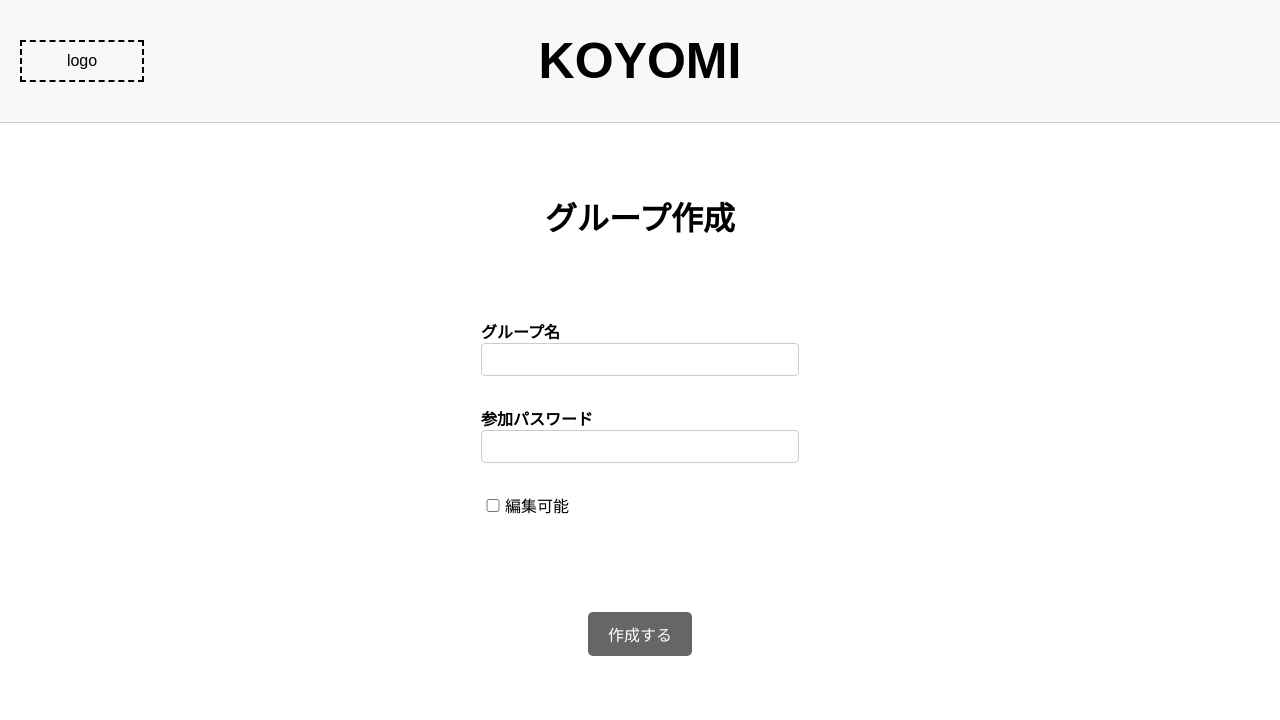
Repository: teramu0602/koyomi
Page: http://localhost/groups
These files come from the project's save history. The page is drawn as it stood at one moment and after the next save; the edit follows.
The browser window is 1280 px wide. The pictures show the whole page.
Some web fonts or font styles are not loaded; a fallback is used. The page is served by the project's Laravel application, run on PHP 8.4 with Laravel 9. Other server files are loaded and not shown.

Above is the page before, as saved 2025-03-23 15:19:04.

### routes/web.php
<?php

use Illuminate\Support\Facades\Route;
use App\Http\Controllers\CalendarController;
use App\Http\Controllers\PostController;
use App\Http\Controllers\Auth\LoginController;
use App\Http\Controllers\Auth\RegisterController;
use Illuminate\Support\Facades\Auth;
use App\Http\Controllers\CreateGroupController;
use App\Http\Controllers\JoinController;
use App\Http\Controllers\GroupController;
/*
|--------------------------------------------------------------------------
| Web Routes
|--------------------------------------------------------------------------
|
| Here is where you can register web routes for your application. These
| routes are loaded by the RouteServiceProvider within a group which
| contains the "web" middleware group. Now create something great!
|
*/

Route::get('/', function () {
    return view('welcome');
});

Route::get('/admin', function () {
    return view('layouts/admin_calender');
});

Route::get('/admin/home', function () {
    return view('calender/home');
});

Route::post('/register', [RegisterController::class, 'register'])->name('register');


//ログイン状態を見て、用意したログインページへいく
Route::post('/custom-login', [LoginController::class, 'login'])->name('custom.login.submit');
Route::get('/custom-login', function () {
    return view('admin/login');
})->name('custom.login');

Route::get('/signup', function () {
    return view('admin/signup');
});

//Route::get('/home', [App\Http\Controllers\HomeController::class, 'index'])->name('home');

// Route::get('/home', function () {
//     return view('calender/home');
// })->name('home');

//ログイン成功で個人カレンダーへいく
Route::get('/calendar', function () {
    return view('calender/home');
})->name('calendar')->middleware('auth');

Route::get('/calendar/{year}/{month}', [CalendarController::class, 'show'])->name('calendar.show');
Route::get('/admin/home/{year}/{month}', [CalendarController::class, 'showAdmin'])->name('calendar.admin.show');
Route::get('/admin/home', [CalendarController::class, 'index']);



Route::get('/grouplist', [CreateGroupController::class, 'index'])->name('groups.list');
Route::delete('/groups/{group}/leave', [GroupController::class, 'leaveGroup'])->name('groups.leave');

Route::get('/create_group', function () {
    return view('admin/create_group');
});

//カレンダーグループ作成
Route::post('/groups', [CalendarController::class, 'store'])->name('groups.store');
Route::get('/groups', function () {
    return view('admin/create_group');
})->name('groupcreate');

Auth::routes();

//ドロップダウンのログアウトでログインへ行く
Route::post('/logout', function () {
    Auth::logout();
    return redirect()->route('custom.login');
})->name('logout');


//ジョイン画面　試し
Route::post('/join', [JoinController::class, 'store'])->name('join.store');
Route::get('/join', function () {
    return view('admin.join_group');
})->name('groupjoin');

Route::get('/groups/{group}/edit', [GroupController::class, 'edit'])->name('groups.edit');
Route::put('/groups/{group}', [GroupController::class, 'update'])->name('groups.update');
Route::delete('/groups/{group}/users/{user}', [GroupController::class, 'removeUser'])->name('groups.removeUser');



Route::get('/edit', function () {
    return view('admin.edit_group');
})->name('groupedit');


Route::get('/a', function () {
    return view('calender.calendar');
});

### resources/views/admin/create_group.blade.php
@extends('layouts.admin_calender')
@section('title', 'グループ作成')

@section('content')
<h1 class="h1">グループ作成</h1>
<div class="joinctn">
<form class="form" action="{{ route('groups.store') }}" method="POST">
    @csrf
    <div>
        <label for="group_name">グループ名</label>
        </br>
        <input type="text" id="group_name" name="group_name" required>
    </div>

    <div>
        <label for="join_id">参加パスワード</label>
        </br>
        <input type="number" id="join_id" name="join_id" required>
    </div>

    <div class="editckb">
        <input class = "check_box" type="checkbox" id="edit_flg" name="edit_flg" value="1">
        <label class="label_n" for="edit_flg">編集可能</label>
    </div>
    </div>
    <button type="submit">作成する</button>
</form>


@endsection

### resources/views/layouts/admin_calender.blade.php
<!DOCTYPE html>
<html lang="{{ app()->getLocale() }}">

<head>
    <meta charset="utf-8">
    <meta http-equiv="X-UA-Compatible" content="IE=edge">
    <meta name="viewport" content="width=device-width, initial-scale=1">
    <meta name="csrf-token" content="{{ csrf_token() }}">

    <title>@yield('title')</title>

    <script src="{{ asset('js/app.js') }}" defer></script>

    <link rel="dns-prefetch" href="https://fonts.gstatic.com">
    <link href="https://fonts.googleapis.com/css?family=Raleway:300,400,600" rel="stylesheet" type="text/css">

    <link href="{{ asset('css/admin.css') }}" rel="stylesheet">

    @yield('css')


    <!-- ドロップダウンのｃｓｓ-->
<!-- <link href="https://cdnjs.cloudflare.com/ajax/libs/bootstrap/5.3.0/css/bootstrap.min.css" rel="stylesheet">  -->




</head>

<body>
    <header>
        <a class="logo" href="{{ route('calendar') }}">logo</a>
        <h1 class="service-name">KOYOMI</h1>
        @guest

        @else
        <li class="nav-item dropdown">
            <a id="navbarDropdown" class="nav-link dropdown-toggle" href="#" role="button" data-bs-toggle="dropdown" aria-haspopup="true" aria-expanded="false" v-pre>
                {{ Auth::user()->name }}
            </a>

            <div class="dropdown-menu dropdown-menu-end" aria-labelledby="navbarDropdown">
                <a class="dropdown-item" href="{{ route('logout') }}"
                    onclick="event.preventDefault();
                                                     document.getElementById('logout-form').submit();">
                    {{ __('ログアウト') }}
                </a>

                <form id="logout-form" action="{{ route('logout') }}" method="POST" class="d-none">
                    @csrf
                </form>
            </div>

        </li>
        @endguest

    </header>

    <main>
        @yield('content')
    </main>

    <footer>
        @yield('footer')
    </footer>

</body>

</html>

Loaded but not shown: app/Http/Controllers/Auth/ConfirmPasswordController.php (common file); app/Http/Controllers/Controller.php (common file); public/css/admin.css (284 lines, source omitted)

After the next save:
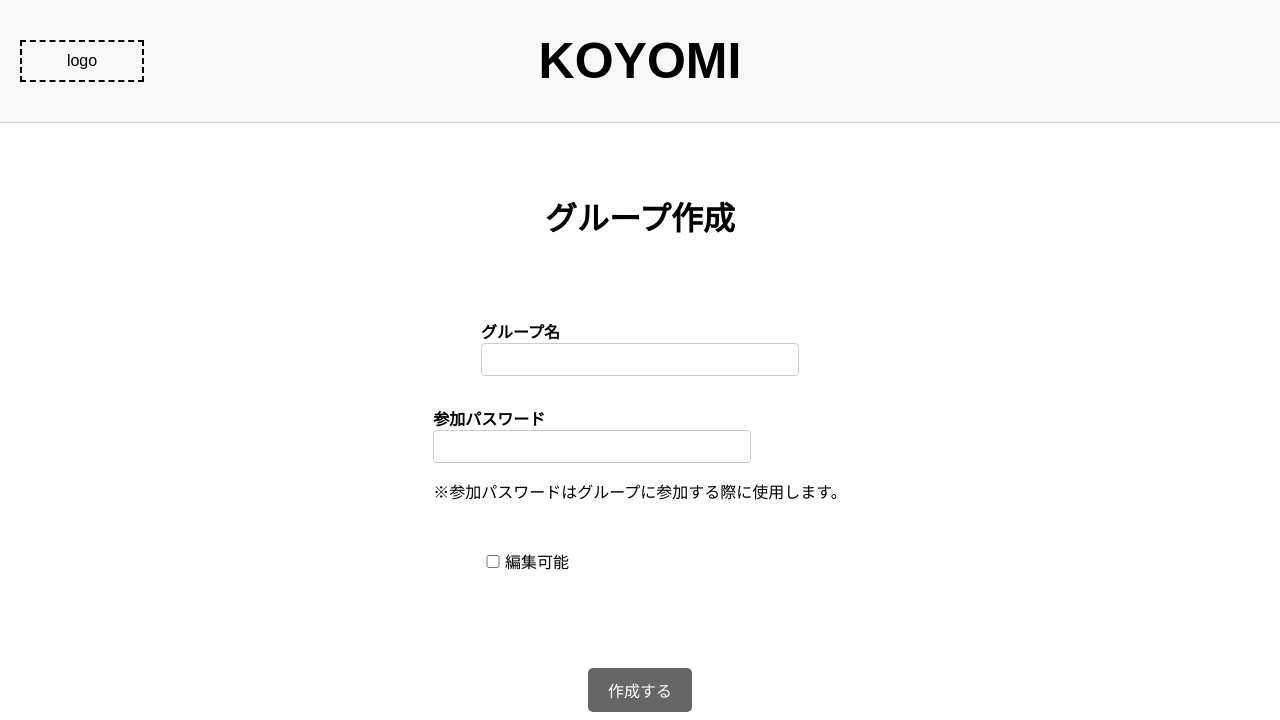
Saved 95 s later.
--- a/resources/views/admin/create_group.blade.php
+++ b/resources/views/admin/create_group.blade.php
@@ -16,6 +16,8 @@
         <label for="join_id">参加パスワード</label>
         </br>
         <input type="number" id="join_id" name="join_id" required>
+        </br>
+        <p>※参加パスワードはグループに参加する際に使用します。</p>
     </div>
 
     <div class="editckb">
